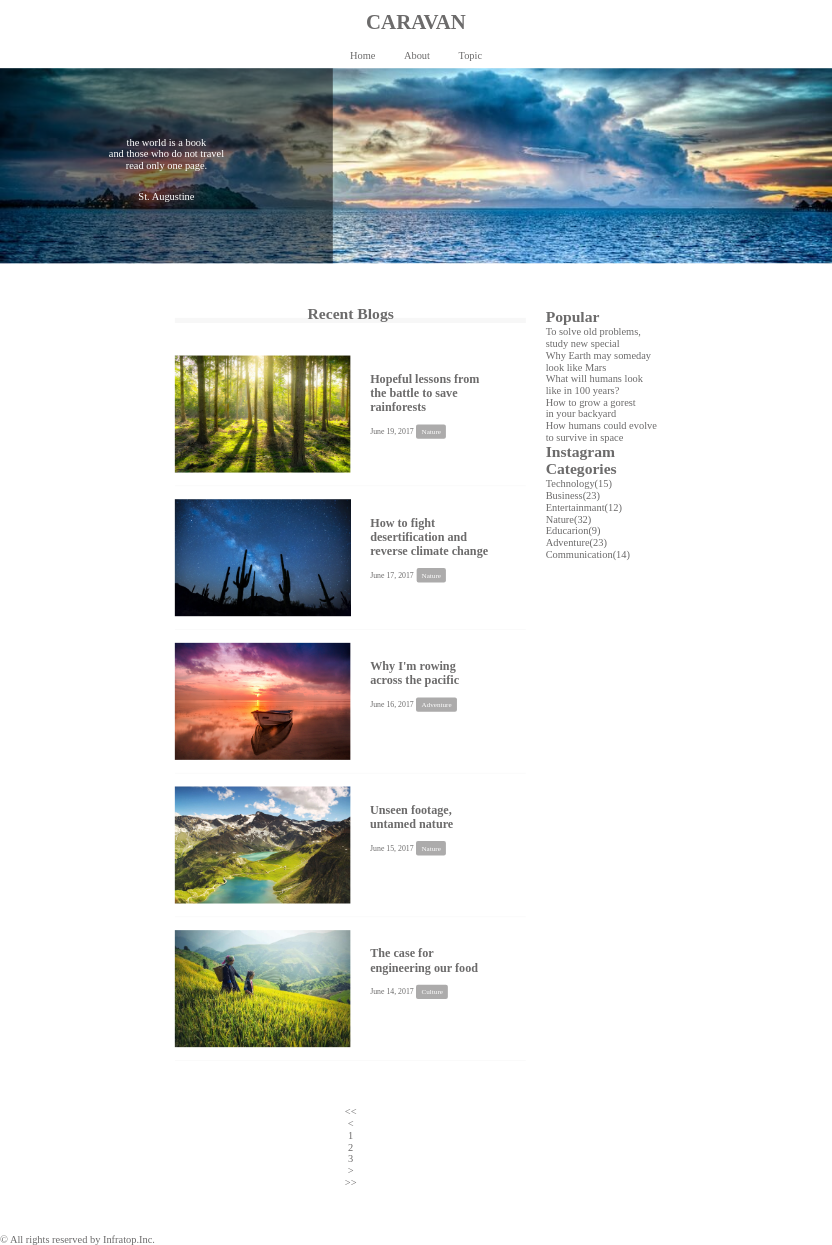
Repository: yui00219/caravan
Page: caravan/index.html
The author's editor kept a record of every edit. The page is drawn from the files as they stood at one moment, then again after the next edit.
The browser window is 1280 px wide. The pictures show the whole page, at 65% of full size.

Above is the page before.

### caravan/index.html
<!DOCTYPE html>
<html lang="ja">
  <head>
    <meta charset="UTF-8" />
    <!-- CSSファイルの読み込み -->
    <link rel="stylesheet" href="style.css" />
    <title>CARAVAN</title>
  </head>

  <body>
    <header>
      <h1 class="heading">
        <a href="index.html">
          CARAVAN
        </a>
      </h1>
    </header>

    <nav>
      <ul class="nav-list">
        <li class="nav-list-item">
          <a href="index.html">Home</a>
        </li>
        <li class="nav-list-item">About</li>
        <li class="nav-list-item">Topic</li>
      </ul>
    </nav>
    <div class="main-visual">
       <div class="main-visual-content">
         <p class="main-visual-text">
           the world is a book<br />
           and those who do not travel<br />
           read only one page.
         </p>

         <p class="main-visual-name">
           St. Augustine
         </p>
       </div>
    </div>

    <main>
      <section class="blog">
        <h2 class="blog-heading">Recent Blogs</h2>

      <div class="blog-box">
        <div class="blog-item">
          <img class="blog-image" src="img/forest.jpg" />
          <section class="blog-text">
            <h3 class="blog-text-heading">
              <a href="single.html">
                Hopeful lessons from<br />
                the battle to save<br />
                rainforests
              </a>
            </h3>
            <p class="blog-date">June 19, 2017</p>
            <span class="category">Nature</span>
          </section>
        </div>

        <div class="blog-item">
          <img class="blog-image" src="img/desert.jpg" />
          <section class="blog-text">
            <h3 class="blog-text-heading">
              <a href="single.html">
                How to fight<br />
                desertification and<br />
                reverse climate change
              </a>
            </h3>
            <p class="blog-date">June 17, 2017</p>
            <span class="category">Nature</span>
          </section>
        </div>

        <div class="blog-item">
          <img class="blog-image" src="img/sunset.jpg" />
          <section class="blog-text">
            <h3 class="blog-text-heading">
              <a href="single.html">
                Why I'm rowing<br />
                across the pacific
              </a>
            </h3>
            <p class="blog-date">June 16, 2017</p>
            <span class="category">Adventure</span>
          </section>
        </div>

        <div class="blog-item">
          <img class="blog-image" src="img/italy.jpg" />
          <section class="blog-text">
            <h3 class="blog-text-heading">
              <a href="single.html">
                Unseen footage,<br />
                untamed nature
              </a>
            </h3>
            <p class="blog-date">June 15, 2017</p>
            <span class="category">Nature</span>
          </section>
        </div>

        <div class="blog-item">
          <img class="blog-image" src="img/asia.jpg"/>
          <section class="blog-text">
            <h3 class="blog-text-heading">
              <a href="single.html">
                The case for<br />
                engineering our food
              </a>
            </h3>
            <p class="blog-date">June 14, 2017</p>
            <span class="category">Culture</span>
          </section>
        </div>
      </div>
      <div class="pagination">
        <p><<</p>
        <p><</p>
        <p>1</p>
        <p>2</p>
        <p>3</p>
        <p>></p>
        <p>>></p>
      </div>

      </section>

      <div class="sidebar">
       <section class="popular">
         <h2 class="popular-heading common-heading">Popular</h2>
         <div class="sidebar-contents">
           <p class="popular-text">To solve old problems,<br>study new special</p>
           <P class="popular-text">Why Earth may someday<br>look like Mars</P>
           <p class="popular-text">What will humans look<br>like in 100 years?</p>
           <p class="popular-text">How to grow a gorest<br>in your backyard</p>
           <p class="popular-text">How humans could evolve<br>to survive in space</p>
         </div>
       </section>
       <section class="instagram">
         <h2 class="instagram-heading common-heading">Instagram</h2>
         <div class="sidebar-contents">
           <div class="instagram-box"></div>
           <div class="instagram-box"></div>
           <div class="instagram-box"></div>
           <div class="instagram-box"></div>
           <div class="instagram-box"></div>
           <div class="instagram-box"></div>
         </div>
       </section>
       <section class="categories">
         <h2 class="categories-heading common-heading">Categories</h2>
         <div calss="sidebar-contents">
           <p class="categories-text">Technology(15)</p>
           <p class="categories-text">Business(23)</p>
           <p class="categories-text">Entertainmant(12)</p>
           <p class="categories-text">Nature(32)</p>
           <p class="categories-text">Educarion(9)</p>
           <p class="categories-text">Adventure(23)</p>
           <p class="categories-text">Communication(14)</p>
         </div>
       </section>
      </div>

    </main>

   <footer>
     <p class="footer-text">© All rights reserved by Infratop.Inc.</p>

   </footer>
  </body>
</html>

### caravan/style.css
* {
  margin: 0;
  padding: 0;
  box-sizing: border-box;
  color: #6c6b6b;
}

a {
  text-decoration: none;
}

header {
  width: 90%;
  padding: 15px 0;
  margin: 0 auto;
  text-align: center;
}

header .heading {
  font-size: 32px;
}

.nav-list {
  text-align: center;
  padding: 10px 0;
  margin: 0 auto;
}

.main-visual {
  width: 100%;
  height: 300px;
  background-image: url(img/mv.jpg);
  background-size: cover;
  background-position: center;
}

.nav-list-item {
  list-style: none;
  display: inline-block;
  margin: 0 20px;
}

.main-visual-content {
  width: 40%;
  height: 300px;
  background-color: rgba( 0, 0, 0, 0.5);
  text-align: center;
  padding-top: 105px;
}

.main-visual-text {
  color: #fff;
}

.main-visual-name {
  margin-top: 30px;
  color: #fff;
}

main{
  width: 800px;
  display: flex;
  justify-content: center;
  margin: 0 auto;
  padding: 70px 0;
}

.blog {
  width: 540px;
  margin-right: 30px;
}

.blog-heading{
  border-bottom: 8px solid #f7f7f7;
  text-align: center;
  line-height: 0.6;
}

.blog-box{
 padding-top: 50px;
}

.blog-item{
  padding-bottom: 20px;
  margin-bottom: 20px;
  border-bottom: 1px solid #f7f7f7;
  display: flex;
  justify-content: flex-start;
}

.blog-image{
  height: 180px;
}

.blog-text-heading{
  padding-bottom: 15px;
}

.blog-text{
  padding: 25px 0 0 30px;
}

.blog-date{
  font-size: 12px;
  display: inline-block;
}

.category{
  display: inline-block;
  padding: 5px 8px;
  background-color: #acabab;
  border-radius: 3px;
  color: #fff;
  font-size: 11px;
}

.pagination{
  text-align: center;
  padding-top: 50px;
}

.pagination p {
.sidebar {
  width: 230px;
}

.common-heading {
  border-bottom: 8px solid #f7f7f7;
  text-align: center;
  line-height: 0.6;
}

.sidebar-contents {
  padding: 50px;
}

.popular-text,
.categories-text {
  padding-bottom: 5px;
  border-bottom: 1px solid #f7f7f7;
  margin-bottom: 5px
}

.popular-text:last-child,
.categories-text:last-child {
  margin: 0;
  padding: 0;
  border: none;
}

.instagram .sidebar-contents {
  display: flex;
  flex-wrap: wrap;
}

.instagram-box {
  width: 110px;
  padding-top: 110px;
  background-size: cover;
  background-position: center;
  margin-bottom: 10px;
}

.instagram-box:nth-child(odd) {
  margin: 0 10px 10px 0;
}

.instagram-box:nth-child(1) {
  background-image: url(img/airport.jpg);
}

.instagram-box:nth-child(2) {
  background-image: url(img/japan.jpg);
}

.instagram-box:nth-child(3) {
  background-image: url(img/snow.jpg);
}

.instagram-box:nth-child(4) {
  background-image: url(img/japan2.jpg);
}

.instagram-box:nth-child(5) {
  background-image: url(img/lake.jpg);
}

.instagram-box:nth-child(6) {
  background-image: url(img/road.jpg);
}

footer {
  width: 100%;
  height: 120px;
  text-align: center;
  line-height: 120px;
  background-color: #848282;
}

.footer-text {
  color: #fff;
}

After the next edit:
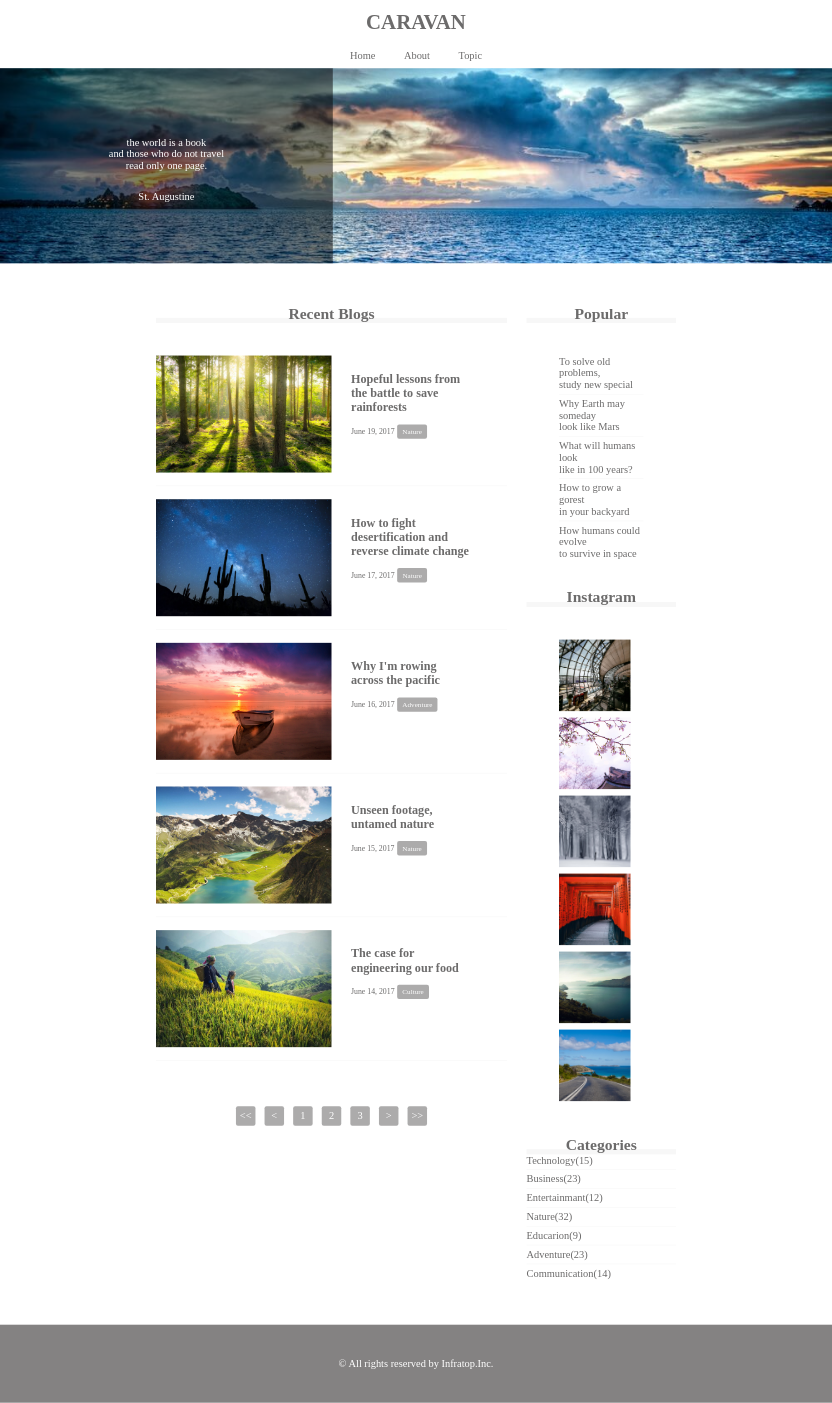
The edit:
--- a/caravan/style.css
+++ b/caravan/style.css
@@ -120,6 +120,15 @@
 }
 
 .pagination p {
+  display: inline-block;
+  width: 30px;
+  height: 30px;
+  margin: 0 5px;
+  color: #fff;
+  background-color: #acabab;
+  border-radius: 3px;
+  line-height: 30px;
+}
 .sidebar {
   width: 230px;
 }
